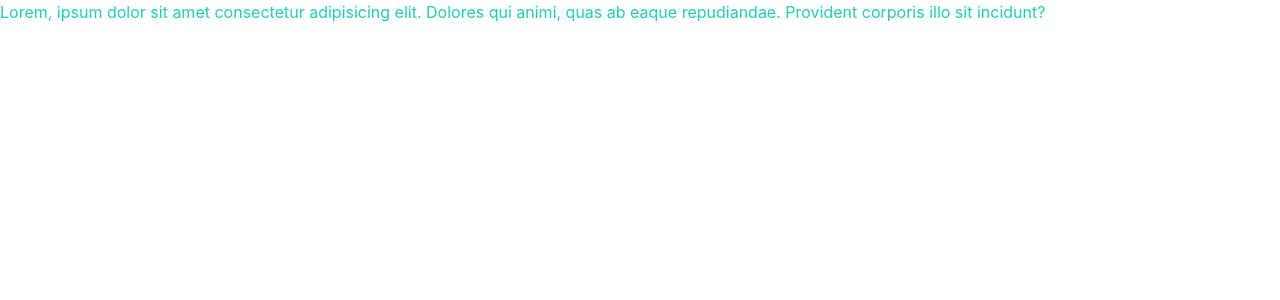
Repository: Devloper-solaiman/Air-Doctors-Support
Page: /
The author's editor kept a copy of each file at every save. The page is drawn from the files as they stood at one save, then again after the next save.
The browser window is 1280 px wide. The pictures show the whole page.
The project was rebuilt for these pictures with package versions that can differ from the ones it lists, and the page was loaded fresh each time. Also part of the build but not shown: src/App.css.

Above is the page before, as saved 2023-02-19 11:51:11.

After the next save:
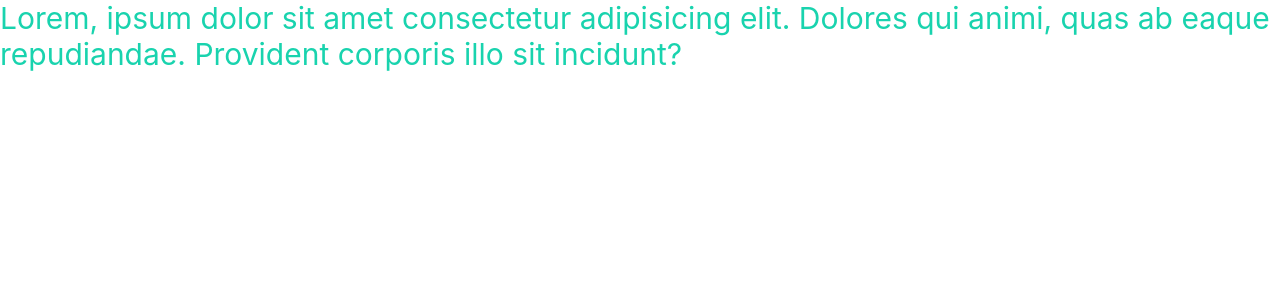
Saved 21 s later.
--- a/src/Pages/Home/Home.js
+++ b/src/Pages/Home/Home.js
@@ -3,7 +3,7 @@ import React from 'react';
 const Home = () => {
     return (
         <section>
-            <h5 className='text-secondary'>Lorem, ipsum dolor sit amet consectetur adipisicing elit. Dolores qui animi, quas ab eaque repudiandae. Provident corporis illo sit incidunt?</h5>
+            <h5 className='text-secondary text-3xl'>Lorem, ipsum dolor sit amet consectetur adipisicing elit. Dolores qui animi, quas ab eaque repudiandae. Provident corporis illo sit incidunt?</h5>
         </section>
     );
 };
